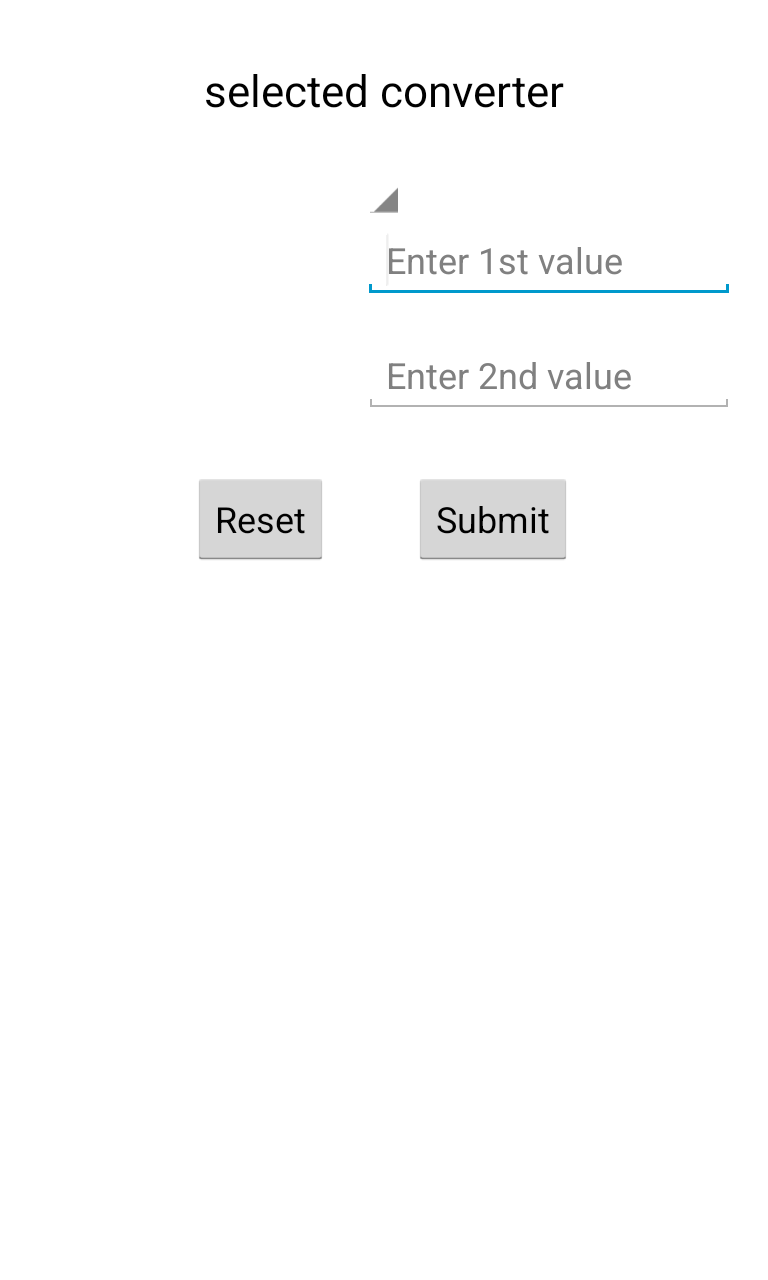
Repository: priyankaaj/practiced-apps
Layout: Converter/res/layout/activity_main.xml
These files come from the project's save history. The layout is drawn as it stood at one moment and after the next save; the edit follows.
It is drawn on a 768 x 1280 px phone screen (xhdpi) without system bars, with theme AppTheme; the app's code is not run.

Above is the layout before, as saved 2015-09-24 18:41:11.

After the next save:
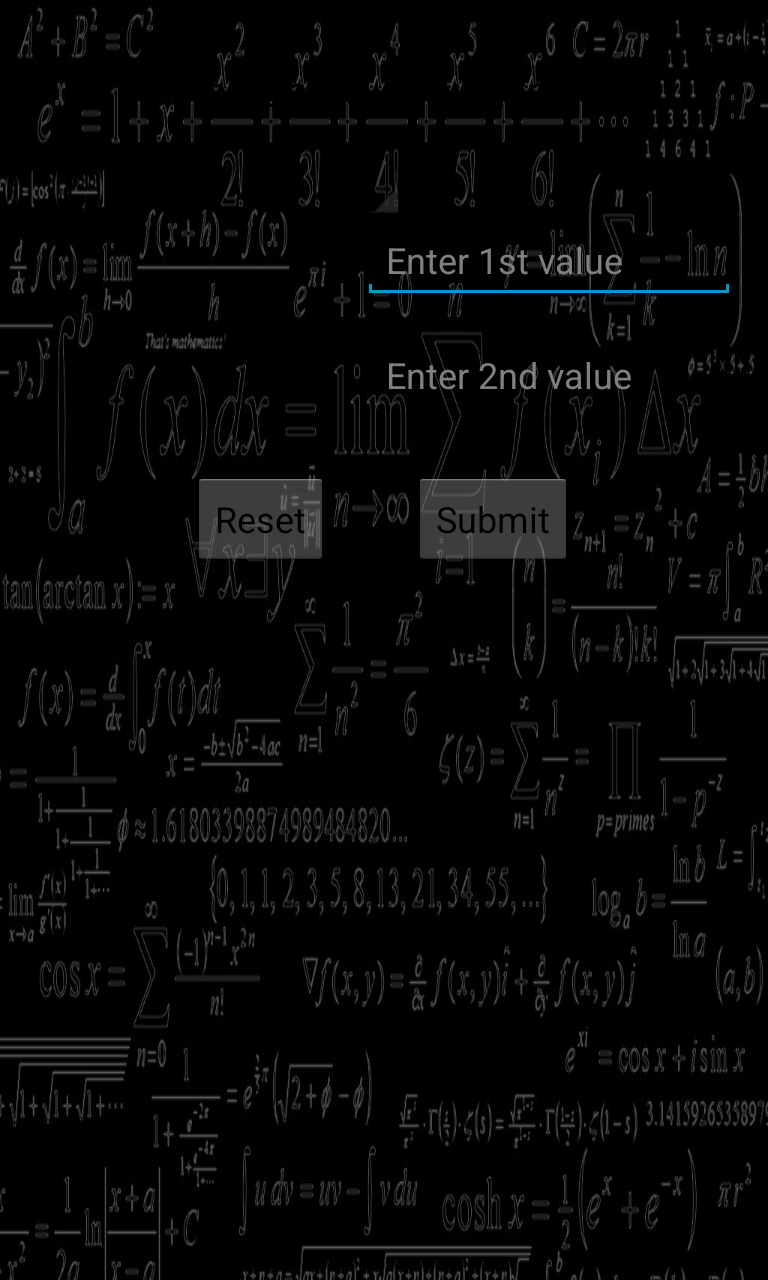
Saved 3 min 7 s later.
--- a/Converter/res/layout/activity_main.xml
+++ b/Converter/res/layout/activity_main.xml
@@ -6,7 +6,7 @@
     android:paddingLeft="@dimen/activity_horizontal_margin"
     android:paddingRight="@dimen/activity_horizontal_margin"
     android:paddingTop="@dimen/activity_vertical_margin"
-    android:background="#ffffff"
+    android:background="@drawable/maths_wallpaper"
     tools:context=".MainActivity" >
 
     <TextView

After the save that followed:
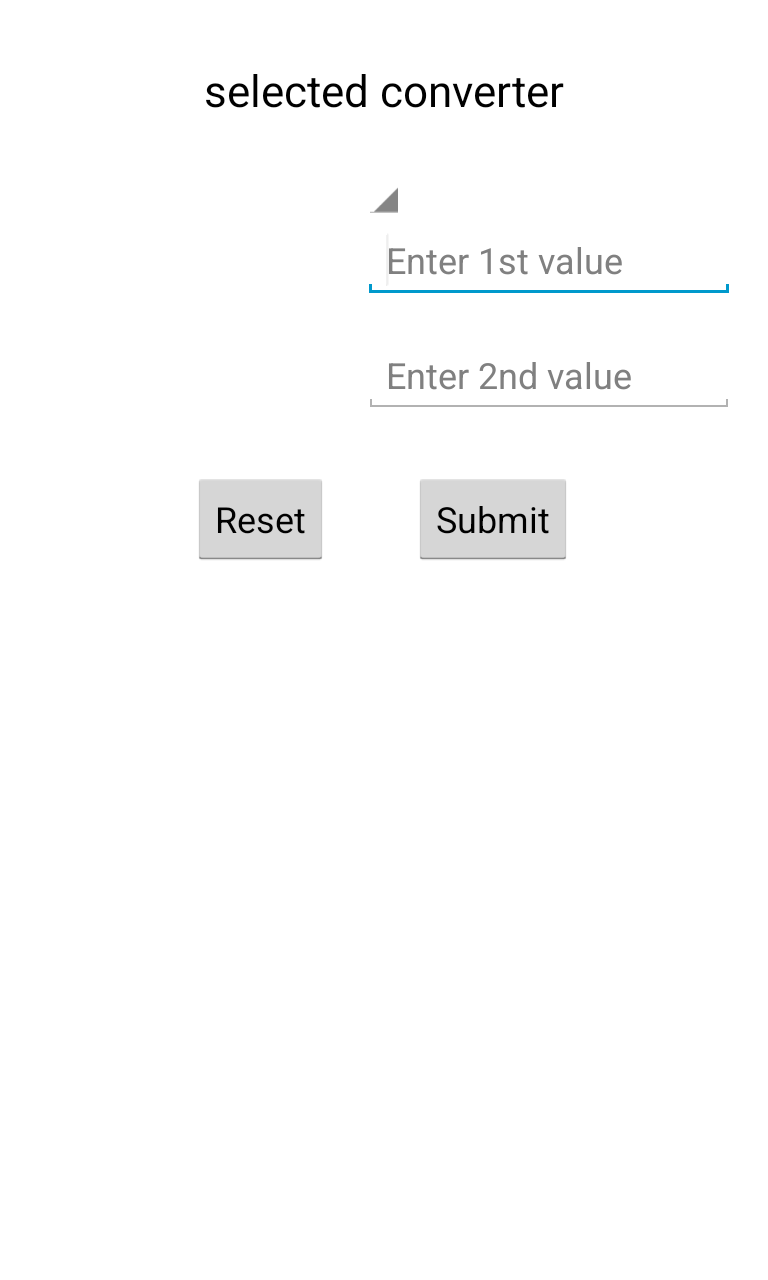
Saved 60 s later.
--- a/Converter/res/layout/activity_main.xml
+++ b/Converter/res/layout/activity_main.xml
@@ -6,7 +6,6 @@
     android:paddingLeft="@dimen/activity_horizontal_margin"
     android:paddingRight="@dimen/activity_horizontal_margin"
     android:paddingTop="@dimen/activity_vertical_margin"
-    android:background="@drawable/maths_wallpaper"
     tools:context=".MainActivity" >
 
     <TextView
